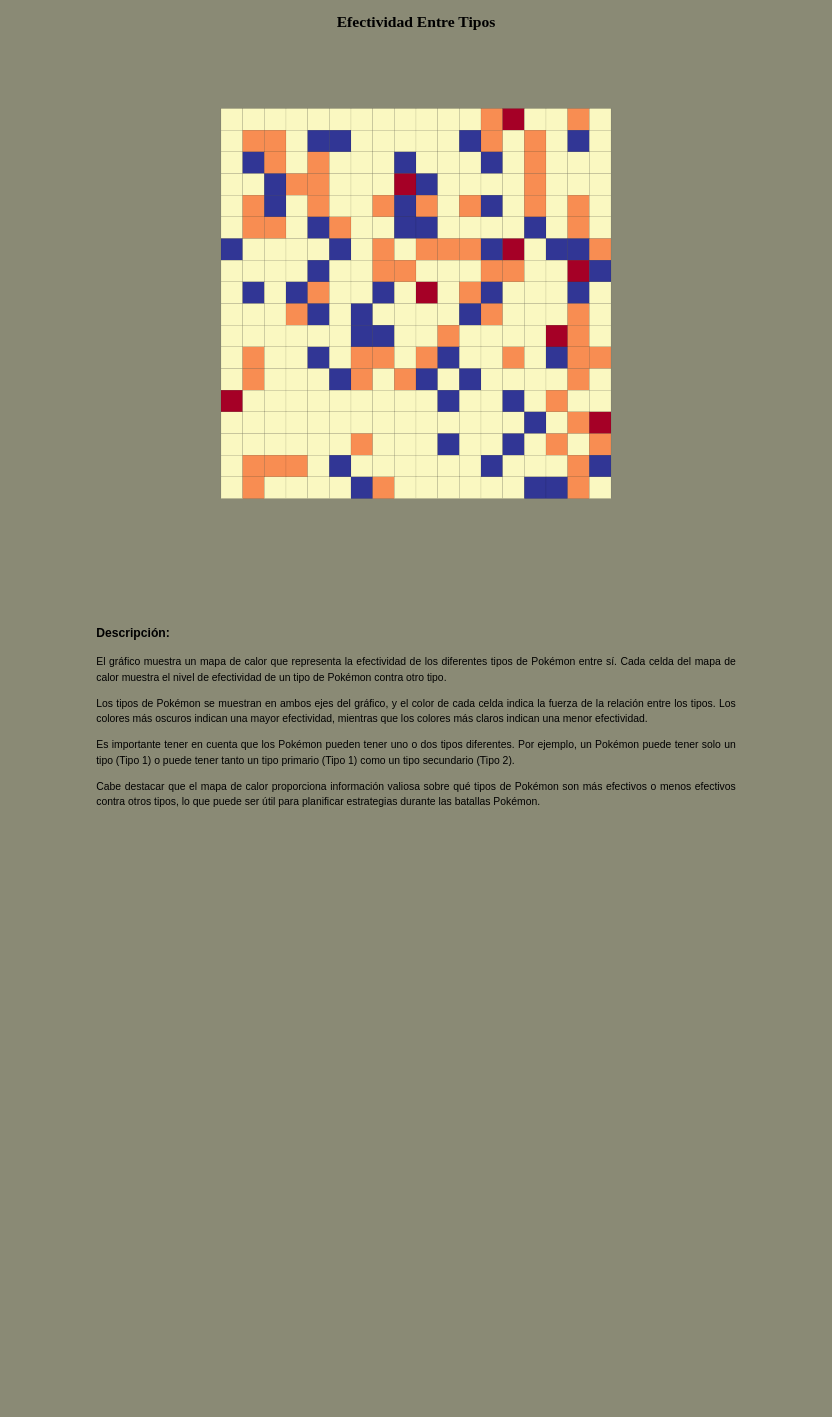
Repository: Cartterr/Proyecto-VisInfo
Page: Propuesta3_Mapa_Calor.html
The author's editor kept a copy of each file at every save. The page is drawn from the files as they stood at one save, then again after the next save.
The browser window is 1280 px wide. The pictures show the whole page, at 65% of full size.

Above is the page before, as saved 2023-06-28 05:15:17.
Console error: ReferenceError: formattedData is not defined

After the next save:
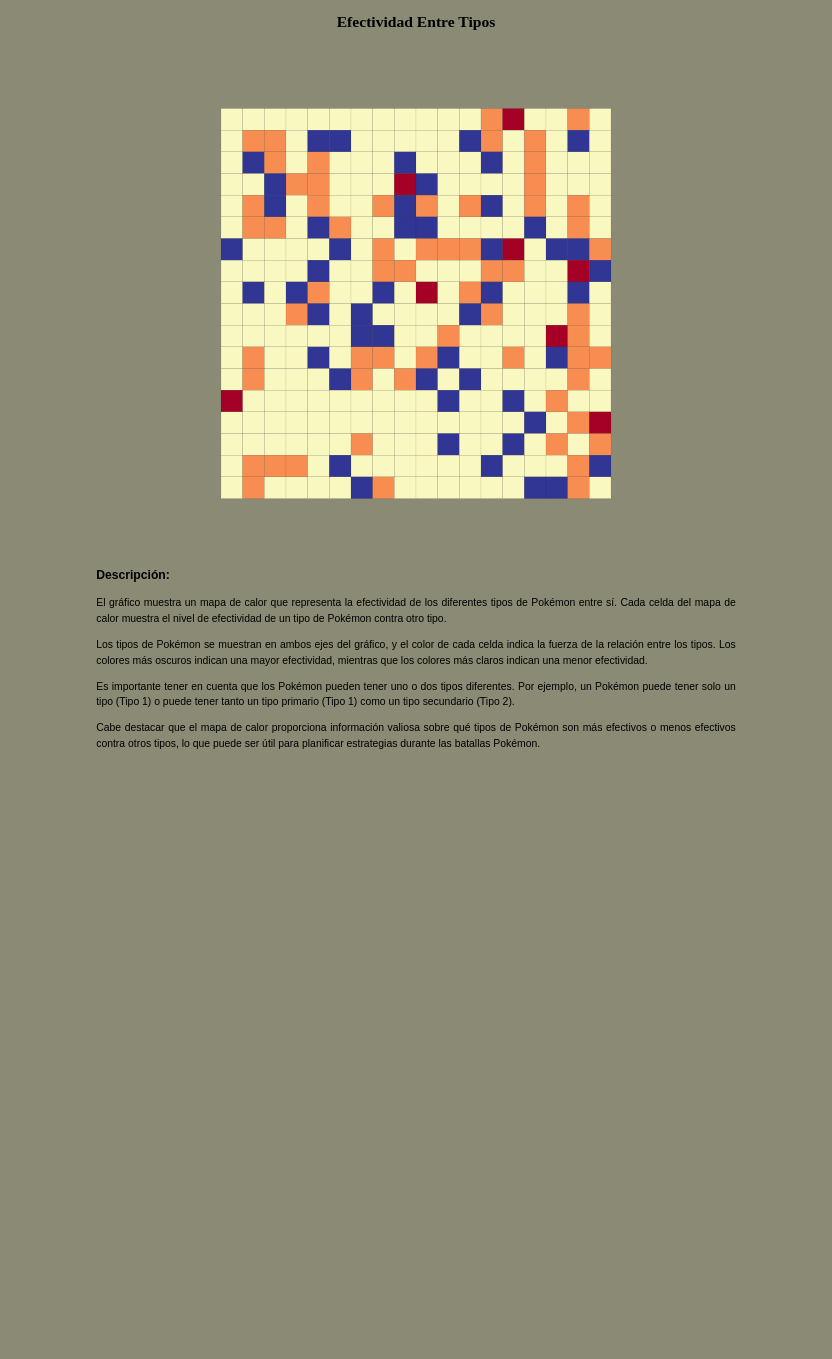
Saved 11 s later.
--- a/Propuesta3_Mapa_Calor.css
+++ b/Propuesta3_Mapa_Calor.css
@@ -29,7 +29,7 @@
     font-family: Arial, sans-serif;
     font-size: 16px;
     line-height: 1.5;
-    margin-top: -50px;
+    margin-top: -140px;
 }
 
 #description p {
